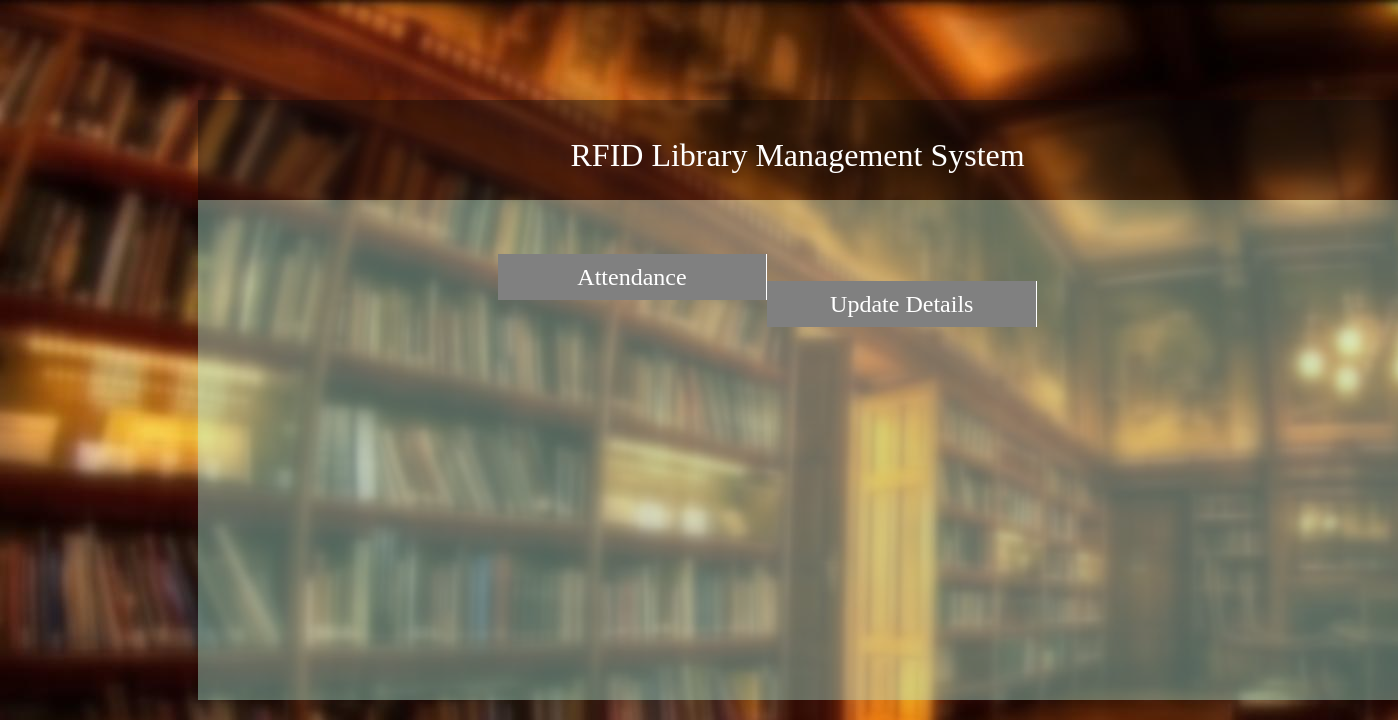
Repository: vigineshs/A-Smart-Data-Analyzer-for-Library-Management-System
Page: http://localhost/librarymgmt/attend.jsp
The author's editor kept a copy of each file at every save. The page is drawn from the files as they stood at one save, then again after the next save.
The browser window is 1280 px wide. The page is 1398 px wide, so the pictures cover 1398 px, including what lies to the right of the window. The pictures show the whole page.
The page is served by Tomcat 9.

Above is the page before, as saved 2013-02-11 14:26:55.

After the next save:
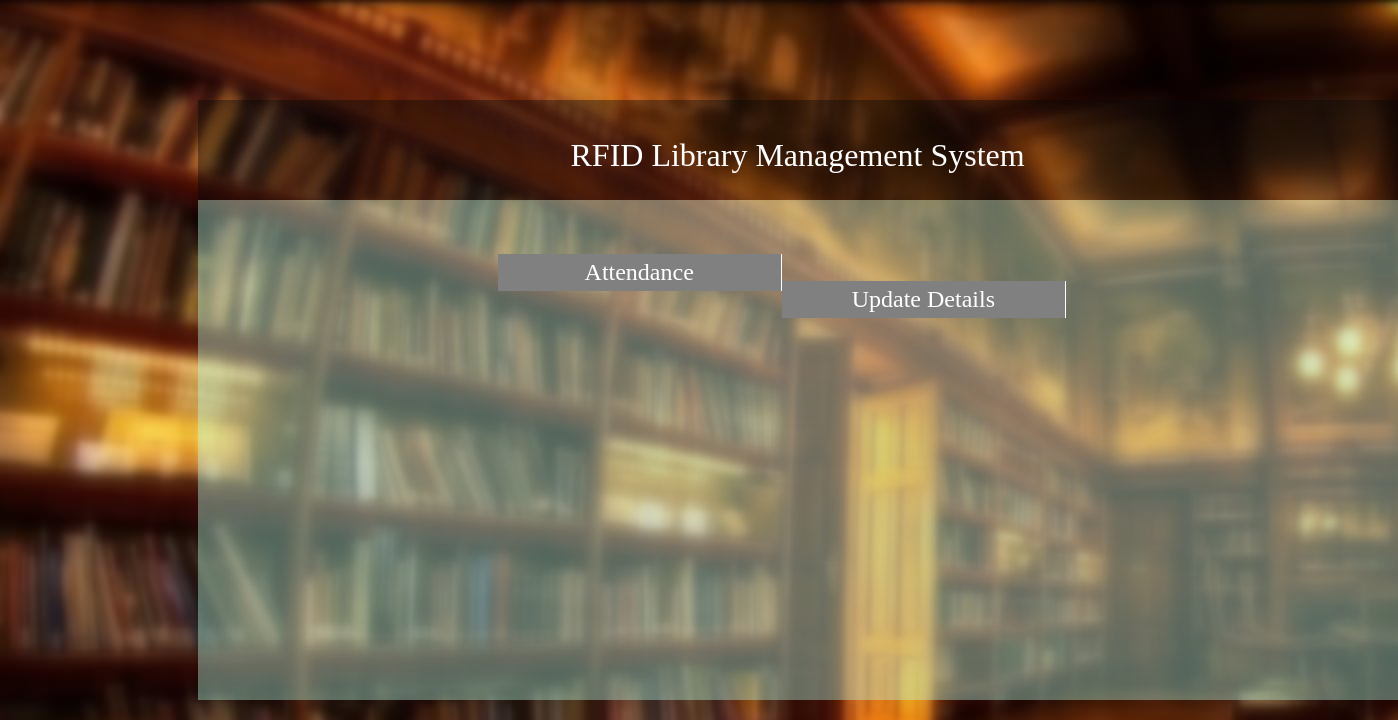
Saved 9 s later.
--- a/PassiveRFID/CS203-Version 1.0.6/Demo Applications/Dot Net C#/Demo Applications Source Code/RFID/librarymgmt/WebContent/page.css
+++ b/PassiveRFID/CS203-Version 1.0.6/Demo Applications/Dot Net C#/Demo Applications Source Code/RFID/librarymgmt/WebContent/page.css
@@ -25,7 +25,7 @@ text-decoration:none;
 text-align:center;
 color:white;
 background-color:grey;
-padding:0.4em 0.6em;
+padding:0.2em 0.9em;
 border-right:1px solid white;
 }
 
